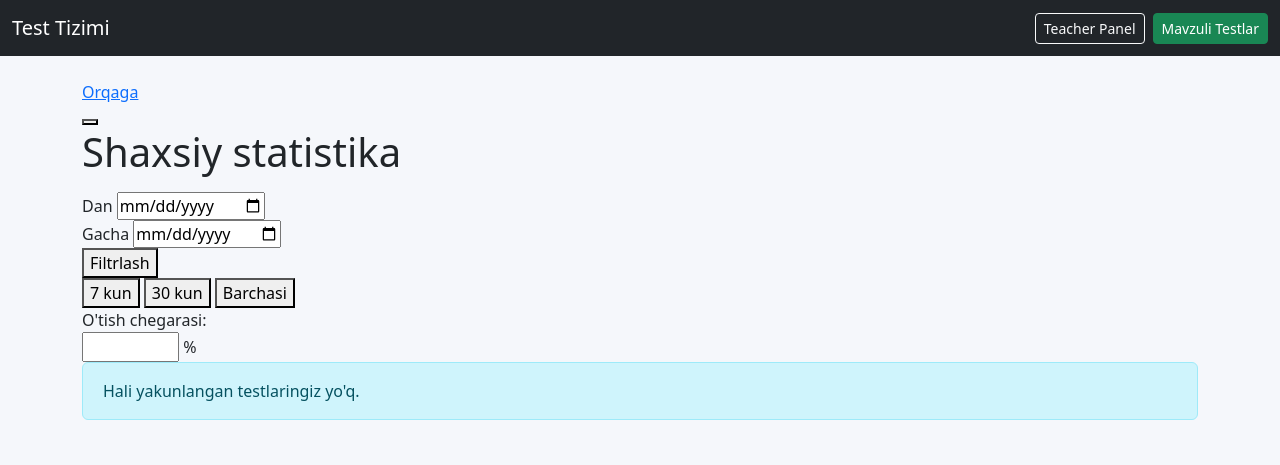
Repository: Shaxobiddin-Github/KatDPI_test
Page: backend/main/templates/topic_panel/analytics_student_personal.html
An editor plug-in stored every save of this project. The page is shown before and after the next save, followed by the edit.
The browser window is 1280 px wide. The pictures show the whole page.
The template is drawn by Django 5.2. The application's start-up code is not run. Other server files are loaded and not shown. The template is opened directly, without the code that normally fills it, so the values that code supplies are empty.

Above is the page before, as saved 2025-09-27 11:31:26.
Console error: SyntaxError: Unexpected token ';'

### backend/main/templates/topic_panel/analytics_student_personal.html
{% extends 'base.html' %}
{% block content %}
<div class="personal-analytics-page" id="personalRoot">
  <!-- Hero Section -->
  <div class="hero-section">
    <div class="container">
      <div class="hero-content">
        <div class="hero-nav">
          <a href="/api/topic-panel/student/panel/" class="hero-back-btn">
            <i class="fas fa-arrow-left"></i>
            <span>Orqaga</span>
          </a>
          <div class="hero-actions">
            <button type="button" id="darkToggle" class="theme-toggle" title="Tungi rejim">
              <i class="fas fa-moon"></i>
            </button>
          </div>
        </div>
        <div class="hero-title">
          <h1 class="hero-heading">Shaxsiy statistika</h1>
          <p class="hero-subtitle">{{ topic.title }}</p>
          {% if personal_stats.total_attempts %}
            <div class="hero-badge">
              <span class="attempts-count">{{ personal_stats.total_attempts }}</span>
              <span class="attempts-label">urinish</span>
            </div>
          {% endif %}
        </div>
      </div>
    </div>
  </div>

  <!-- Main Content -->
  <div class="main-content">
    <div class="container">

      <!-- Filter Section -->
      <div class="filter-section">
        <form method="get" class="filter-form">
          <div class="filter-group">
            <div class="date-filters">
              <div class="date-input-group">
                <label class="date-label">Dan</label>
                <input type="date" name="start" value="{{ start_filter }}" class="date-input">
              </div>
              <div class="date-input-group">
                <label class="date-label">Gacha</label>
                <input type="date" name="end" value="{{ end_filter }}" class="date-input">
              </div>
              <button type="submit" class="filter-btn">
                <i class="fas fa-filter"></i>
                <span>Filtrlash</span>
              </button>
              {% if start_filter or end_filter %}
                <a href="?" class="clear-btn">
                  <i class="fas fa-times"></i>
                  <span>Tozalash</span>
                </a>
              {% endif %}
            </div>
            <div class="quick-filters">
              <button class="quick-filter-btn" type="button" data-range="7">7 kun</button>
              <button class="quick-filter-btn" type="button" data-range="30">30 kun</button>
              <button class="quick-filter-btn" type="button" data-range="all">Barchasi</button>
            </div>
          </div>
          <div class="threshold-control">
            <label class="threshold-label">O'tish chegarasi:</label>
            <div class="threshold-input-group">
              <input type="number" id="passThreshold" class="threshold-input" value="{{ personal_stats.pass_threshold }}" min="0" max="100">
              <span class="threshold-unit">%</span>
            </div>
          </div>
        </form>
      </div>

      {% if personal_stats.total_attempts %}
      <!-- Statistics Cards -->
      <div class="stats-grid">
        <div class="stat-card total-attempts">
          <div class="stat-icon">
            <i class="fas fa-layer-group"></i>
          </div>
          <div class="stat-content">
            <div class="stat-value">{{ personal_stats.total_attempts }}</div>
            <div class="stat-label">Jami urinishlar</div>
          </div>
          <div class="stat-decoration"></div>
        </div>

        <div class="stat-card average-score">
          <div class="stat-icon">
            <i class="fas fa-chart-line"></i>
          </div>
          <div class="stat-content">
            <div class="stat-value-row">
              <span class="stat-value">{{ personal_stats.avg_percent }}%</span>
              {% if personal_stats.delta_percent %}
                <span class="stat-delta {% if personal_stats.delta_percent > 0 %}positive{% elif personal_stats.delta_percent < 0 %}negative{% endif %}">
                  {% if personal_stats.delta_percent > 0 %}+{% endif %}{{ personal_stats.delta_percent }}%
                </span>
              {% endif %}
            </div>
            <div class="stat-label">O'rtacha natija</div>
            <canvas class="stat-sparkline" data-points="{{ personal_stats.percent_series|join:',' }}"></canvas>
          </div>
          <div class="stat-decoration"></div>
        </div>

        <div class="stat-card best-score">
          <div class="stat-icon">
            <i class="fas fa-trophy"></i>
          </div>
          <div class="stat-content">
            <div class="stat-value">{{ personal_stats.best_percent }}%</div>
            <div class="stat-label">Eng yaxshi natija</div>
          </div>
          <div class="stat-decoration"></div>
        </div>

        <div class="stat-card pass-rate">
          <div class="stat-icon">
            <i class="fas fa-check-circle"></i>
          </div>
          <div class="stat-content">
            <div class="stat-value" id="passRateVal">{{ personal_stats.pass_rate }}%</div>
            <div class="stat-label">O'tish foizi</div>
          </div>
          <div class="stat-decoration"></div>
        </div>
      </div>

      <!-- Results Section -->
      <div class="results-section">
        <div class="section-header">
          <div class="section-title">
            <i class="fas fa-chart-bar"></i>
            <h2>Test natijalari</h2>
          </div>
          <div class="section-actions">
            <span class="sort-hint">
              <i class="fas fa-sort"></i>
              Saralash uchun ustunni bosing
            </span>
          </div>
        </div>
        <div class="results-table-container" id="attemptCard">
    <div class="table-responsive">
      <table class="table table-hover table-borderless align-middle mb-0 attempts-table" id="attemptsTbl">
        <thead class="table-light">
          <tr>
            <th data-sort="num">#</th>
            <th data-sort="text">Test</th>
            <th class="text-center" data-sort="num">Ball</th>
            <th style="width:170px" data-sort="num">Foiz</th>
            <th class="text-center" data-sort="num">To'g'ri/Jami</th>
            <th data-sort="date">Vaqt</th>
            <th> </th>
          </tr>
        </thead>
        <tbody id="attemptBody">
          {% for i in items %}
          <tr data-idx="{{ forloop.counter0 }}">
            <td class="fw-semibold row-index">{{ forloop.counter }}</td>
            <td class="test-title">{{ i.test_title }}</td>
            <td class="text-center"><span class="badge pass-badge" data-percent="{{ i.percent }}">{{ i.score }}</span></td>
            <td>
              <div class="progress progress-thin">
                <div class="progress-bar percent-bar" data-percent="{{ i.percent }}" style="width: {{ i.percent }}%">{{ i.percent }}%</div>
              </div>
            </td>
            <td class="text-center small"><span class="text-success fw-semibold">{{ i.correct }}</span>/<span class="text-muted total-q">{{ i.total_q }}</span></td>
            <td class="small text-muted time-cell" data-time="{{ i.finished_at|date:'Y-m-d H:i' }}">{{ i.finished_at|date:'Y-m-d H:i' }}</td>
            <td><button class="btn btn-sm btn-outline-primary attempt-detail" type="button"><i class="fas fa-magnifying-glass"></i></button></td>
          </tr>
          {% endfor %}
        </tbody>
      </table>
    </div>
    <div class="card-footer text-center p-2">
      <button class="btn btn-sm btn-outline-primary" id="loadMore" type="button">Yana yuklash</button>
    </div>
  </div>

  <!-- Attempt Detail Modal -->
  <div class="modal fade" id="attemptModal" tabindex="-1">
    <div class="modal-dialog modal-dialog-centered modal-lg">
      <div class="modal-content">
        <div class="modal-header">
          <h5 class="modal-title">Urinish tafsilotlari</h5>
          <button type="button" class="btn-close" data-bs-dismiss="modal"></button>
        </div>
        <div class="modal-body">
          <div id="attemptMeta" class="mb-3 small text-muted"></div>
          <div id="attemptQuestions" class="list-group small"></div>
        </div>
        <div class="modal-footer">
          <button class="btn btn-secondary" data-bs-dismiss="modal">Yopish</button>
        </div>
      </div>
    </div>
  </div>

  <!-- Chart -->
  <div class="card shadow-sm mb-4">
    <div class="card-header"><h6 class="mb-0"><i class="fas fa-chart-area me-2 text-primary"></i>Natijalar dinamikasi</h6></div>
    <div class="card-body"><canvas id="statsChart" height="170"></canvas></div>
  </div>
  {% else %}
    <div class="alert alert-info"><i class="fas fa-info-circle me-1"></i> Hali yakunlangan testlaringiz yo'q.</div>
  {% endif %}
</div>

<style>
  :root.dark body,#personalRoot.dark{--bg:#0d1117;--card:#161b22;--text:#e6edf3;--muted:#8b949e}
  body.dark,#personalRoot.dark{background:var(--bg)!important;color:var(--text)}
  body.dark .card,#personalRoot.dark .card{background:var(--card);color:var(--text)}
  body.dark .table-light{background:#1f242c!important}
  body.dark .kpi{background:var(--card)!important}
  .personal-analytics .kpi{display:flex;gap:12px;align-items:center;border-radius:12px;padding:12px 14px;background:var(--bs-body-bg);position:relative;overflow:hidden}
  .personal-analytics .kpi::after{content:"";position:absolute;inset:0;background:linear-gradient(120deg,rgba(255,255,255,.18),rgba(255,255,255,0));pointer-events:none}
  .kpi-icon{width:46px;height:46px;display:flex;align-items:center;justify-content:center;color:#fff;border-radius:10px;font-size:1.1rem;box-shadow:0 4px 12px rgba(0,0,0,.15)}
  .kpi-value{font-size:1.4rem;font-weight:700;line-height:1}
  .kpi-label{font-size:.65rem;text-transform:uppercase;letter-spacing:.5px;font-weight:600;opacity:.7}
  .progress-thin{height:20px;background:rgba(0,0,0,.06);border-radius:30px;overflow:hidden}
  .progress-thin .progress-bar{font-size:.65rem;font-weight:600}
  .attempts-table tbody tr:hover{background:rgba(99,102,241,.08)!important}
  @media (max-width:768px){.attempts-table thead{display:none}.attempts-table tbody tr{display:block;margin-bottom:.75rem;border:1px solid #e5e7eb;border-radius:8px;padding:.5rem .75rem}.attempts-table td{display:flex;justify-content:space-between;border:0!important;padding:.25rem .25rem}.attempts-table td:first-child{font-weight:600}}
  .spark{width:100%;height:26px}
  .dark .progress-thin{background:#2a3140}
</style>

<script src="https://cdn.jsdelivr.net/npm/chart.js"></script>
<script>
(function(){
  const root=document.documentElement;const darkBtn=document.getElementById('darkToggle');
  function applyDark(v){if(v){root.classList.add('dark');localStorage.setItem('pa_dark','1');}else{root.classList.remove('dark');localStorage.removeItem('pa_dark');}}
  applyDark(localStorage.getItem('pa_dark')==='1');
  if(darkBtn) darkBtn.addEventListener('click',()=>applyDark(!root.classList.contains('dark')));
})();

(function(){ // pass threshold live recolor
  const thrInput=document.getElementById('passThreshold');
  if(!thrInput) return; function recolor(){const thr=parseFloat(thrInput.value)||0;document.querySelectorAll('.pass-badge').forEach(b=>{const p=parseFloat(b.dataset.percent)||0;b.className='badge pass-badge '+(p>=thr?'bg-success':'bg-danger');});document.querySelectorAll('.percent-bar').forEach(pb=>{const p=parseFloat(pb.dataset.percent)||0;let cls='bg-danger';if(p>=thr){cls=p>=85?'bg-success':p>=70?'bg-info':'bg-warning';}pb.className='progress-bar percent-bar '+cls;});}
  thrInput.addEventListener('input',recolor);recolor();
})();

(function(){ // quick filters
  const btns=document.querySelectorAll('.quick-filters button[data-range]');
  const start=document.querySelector('input[name=start]'); const end=document.querySelector('input[name=end]');
  function fmt(d){return d.toISOString().slice(0,10);}
  btns.forEach(b=>b.addEventListener('click',()=>{const r=b.dataset.range; if(r==='all'){start.value='';end.value='';}else{const now=new Date();end.value=fmt(now);const days=parseInt(r);const past=new Date(now.getTime()- (days-1)*86400000);start.value=fmt(past);} b.closest('form').submit();}));
})();

(function(){ // load more pagination (15)
  const rows=[...document.querySelectorAll('#attemptBody tr')]; const load=document.getElementById('loadMore');
  let shown=15; function upd(){rows.forEach((r,i)=>{r.style.display = i<shown?'' :'none';}); if(shown>=rows.length) load.style.display='none';}
  if(rows.length<=15) load.style.display='none'; else upd();
  load.addEventListener('click',()=>{shown+=15;upd();});
})();

(function(){ // sortable table
  const tbl=document.getElementById('attemptsTbl'); if(!tbl) return; const tbody=tbl.querySelector('tbody'); let dir=1, lastKey=null;
  function getVal(cell,type){const t=cell.innerText.trim(); if(type==='num') return parseFloat(t)||0; if(type==='date') return new Date(t.replace(/-/g,'/')).getTime(); return t.toLowerCase();}
  tbl.querySelectorAll('thead th[data-sort]').forEach((th,idx)=>{th.style.cursor='pointer'; th.addEventListener('click',()=>{const type=th.dataset.sort; const rows=[...tbody.querySelectorAll('tr')]; const key=idx; dir = (lastKey===key)? -dir : 1; lastKey=key; rows.sort((a,b)=>{const av=getVal(a.children[key],type), bv=getVal(b.children[key],type); if(av<bv) return -dir; if(av>bv) return dir; return 0;}); rows.forEach((r,i)=>{tbody.appendChild(r); r.querySelector('.row-index').innerText=i+1;});});});
})();

(function(){ // sparkline
  const canvases=document.querySelectorAll('.spark'); canvases.forEach(c=>{const pts=(c.dataset.points||'').split(',').filter(Boolean).map(Number); if(pts.length<2) return; const w=c.clientWidth||120, h=c.clientHeight||26; c.width=w; c.height=h; const ctx=c.getContext('2d'); const max=Math.max(...pts), min=Math.min(...pts); const range=(max-min)||1; ctx.lineWidth=2; ctx.strokeStyle='#10b981'; ctx.beginPath(); pts.forEach((p,i)=>{const x=i/(pts.length-1)*w; const y=h - ((p-min)/range)*h; if(i===0) ctx.moveTo(x,y); else ctx.lineTo(x,y);}); ctx.stroke(); ctx.fillStyle='rgba(16,185,129,0.18)'; ctx.lineTo(w,h); ctx.lineTo(0,h); ctx.closePath(); ctx.fill();});
})();

(function(){ // attempt detail modal (client only summary)
  if(typeof bootstrap==='undefined') return; const modalEl=document.getElementById('attemptModal'); if(!modalEl) return; let modal; try{modal=new bootstrap.Modal(modalEl);}catch(e){console.warn('Bootstrap modal init failed',e);return;} const rows=[...document.querySelectorAll('#attemptBody tr')];
  rows.forEach(r=>{const btn=r.querySelector('.attempt-detail'); if(!btn) return; btn.addEventListener('click',()=>{try{const title=r.querySelector('.test-title').innerText; const percent=r.querySelector('.percent-bar').dataset.percent; const score=r.querySelector('.pass-badge').innerText.trim(); const correct=r.querySelector('.text-success').innerText; const total=r.querySelector('.total-q').innerText; const time=r.querySelector('.time-cell').dataset.time; document.getElementById('attemptMeta').innerHTML=`<strong>${title}</strong><br>Ball: ${score} | Foiz: ${percent}% | To'g'ri: ${correct}/${total} | ${time}`; document.getElementById('attemptQuestions').innerHTML='<div class="list-group-item">Savol tafsilotlari (backend API kerak) – hozircha soddalashtirilgan.</div>'; modal.show();}catch(e){console.error('Attempt modal error',e);}});});
})();

(function(){ // main chart with debug
  try{
    const raw = {{ items_js }}; console.log('Chart raw data:', raw);
    if(!raw||!raw.length){console.log('Chart: no data'); return;}
    const labels=raw.map(r=>r.test_title||'');
    const perc=raw.map(r=>Number(r.percent)||0);
    const scores=raw.map(r=>Number(r.score)||0);
    const canvas=document.getElementById('statsChart'); if(!canvas){console.warn('Chart canvas missing'); return;} const ctx=canvas.getContext('2d');
    if(window.Chart){
      new Chart(ctx,{data:{labels,datasets:[
        {type:'bar',label:'Ball',data:scores,backgroundColor:'rgba(16,185,129,0.55)',borderColor:'#10b981',borderWidth:1,yAxisID:'yScore'},
        {type:'line',label:'Foiz %',data:perc,borderColor:'#6366f1',backgroundColor:'rgba(99,102,241,0.25)',borderWidth:2,tension:.35,pointRadius:4,pointBackgroundColor:'#6366f1',yAxisID:'yPercent'}
      ]},options:{maintainAspectRatio:false,responsive:true,interaction:{mode:'index',intersect:false},plugins:{legend:{labels:{font:{size:11}}},tooltip:{callbacks:{label:e=>e.dataset.label+': '+e.formattedValue+(e.dataset.yAxisID==='yPercent'?'%':'')}}},scales:{yPercent:{type:'linear',position:'right',beginAtZero:true,max:100,grid:{drawOnChartArea:false},ticks:{callback:v=>v+'%'}},yScore:{type:'linear',position:'left',beginAtZero:true,suggestedMax:Math.max(...scores,1)},x:{ticks:{autoSkip:false,maxRotation:50,minRotation:0}}}}});
    } else { console.error('Chart.js not loaded'); }
  }catch(err){console.error('Chart init error', err);}
})();
</script>
{% endblock %}

### backend/main/templates/base.html
<!DOCTYPE html>
<html lang="uz">
<head>
	<meta charset="UTF-8">
	<meta name="viewport" content="width=device-width,initial-scale=1">
	<title>{% block title %}Panel{% endblock %}</title>
	<link rel="icon" type="image/png" href="/favicon.ico">
	<link href="https://cdn.jsdelivr.net/npm/bootstrap@5.3.3/dist/css/bootstrap.min.css" rel="stylesheet">
	{% block head_extra %}{% endblock %}
	<style>
		body { background:#f5f7fb; font-family: system-ui, Arial, sans-serif; }
		nav.navbar { margin-bottom: 1.5rem; }
	</style>
</head>
<body>
	<nav class="navbar navbar-expand-lg navbar-dark bg-dark">
		<div class="container-fluid">
			<a class="navbar-brand" href="/">Test Tizimi</a>
			{% if request.user.is_authenticated and request.user.role == 'student' %}
				<div class="ms-auto d-flex align-items-center gap-2">
					<a class="btn btn-sm btn-primary" href="/api/topic-panel/student/panel/">Mening Testlarim</a>
					<a class="btn btn-sm btn-outline-light" href="{% url 'common_logout' %}">Chiqish</a>
				</div>
			{% else %}
				<div class="d-flex gap-2">
					<a class="btn btn-sm btn-outline-light" href="/api/teacher-panel/dashboard/">Teacher Panel</a>
					<a class="btn btn-sm btn-success" href="/api/topic-panel/dashboard/">Mavzuli Testlar</a>
				</div>
			{% endif %}
		</div>
	</nav>
	<main>
		{% block content %}{% endblock %}
	</main>
	<script src="https://cdn.jsdelivr.net/npm/bootstrap@5.3.3/dist/js/bootstrap.bundle.min.js"></script>
	{% block scripts %}{% endblock %}
</body>
</html>

After the next save:
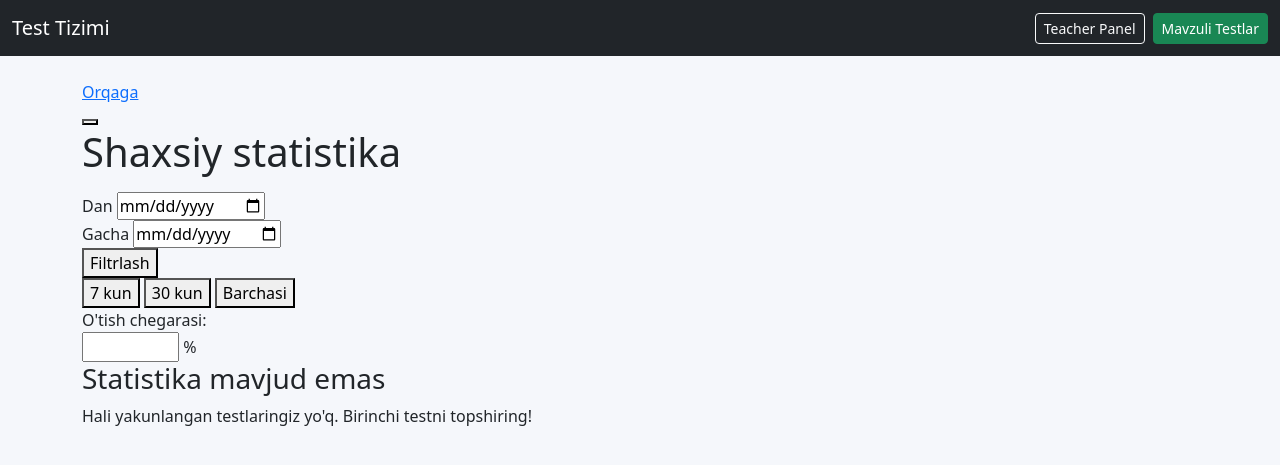
Saved 16 s later.
--- a/backend/main/templates/topic_panel/analytics_student_personal.html
+++ b/backend/main/templates/topic_panel/analytics_student_personal.html
@@ -201,14 +201,30 @@
     </div>
   </div>
 
-  <!-- Chart -->
-  <div class="card shadow-sm mb-4">
-    <div class="card-header"><h6 class="mb-0"><i class="fas fa-chart-area me-2 text-primary"></i>Natijalar dinamikasi</h6></div>
-    <div class="card-body"><canvas id="statsChart" height="170"></canvas></div>
+        <!-- Chart Section -->
+        <div class="chart-section">
+          <div class="chart-header">
+            <h3 class="chart-title">
+              <i class="fas fa-chart-area"></i>
+              Natijalar dinamikasi
+            </h3>
+          </div>
+          <div class="chart-container">
+            <canvas id="statsChart"></canvas>
+          </div>
+        </div>
+        {% else %}
+        <div class="empty-state">
+          <div class="empty-icon">
+            <i class="fas fa-chart-line"></i>
+          </div>
+          <h3 class="empty-title">Statistika mavjud emas</h3>
+          <p class="empty-description">Hali yakunlangan testlaringiz yo'q. Birinchi testni topshiring!</p>
+        </div>
+        {% endif %}
+      </div>
+    </div>
   </div>
-  {% else %}
-    <div class="alert alert-info"><i class="fas fa-info-circle me-1"></i> Hali yakunlangan testlaringiz yo'q.</div>
-  {% endif %}
 </div>
 
 <style>
